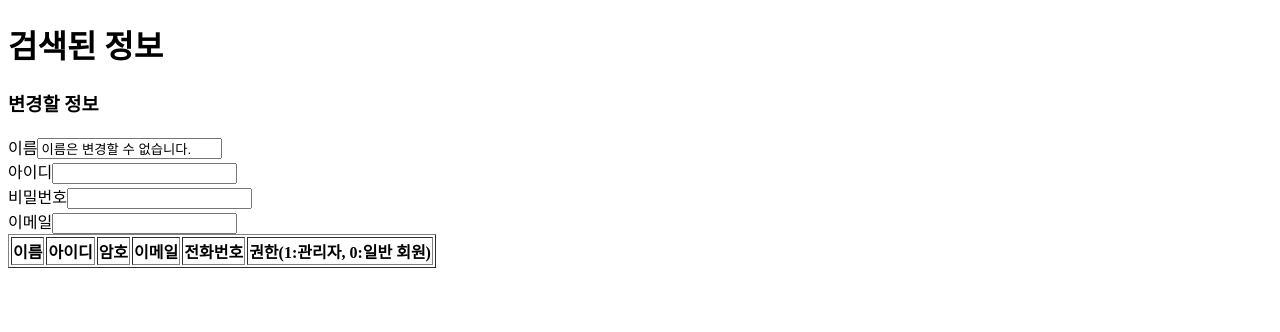
Repository: shinymusket/ideal-memory2
Page: http://localhost/web08/nameInfo.jsp
The author's editor kept a copy of each file at every save. The page is drawn from the files as they stood at one save, then again after the next save.
The browser window is 1280 px wide. The pictures show the whole page.
The page is served by Tomcat 9. Queries for data that is not in the repository find no rows.

Above is the page before, as saved 2022-06-13 05:11:22.

After the next save:
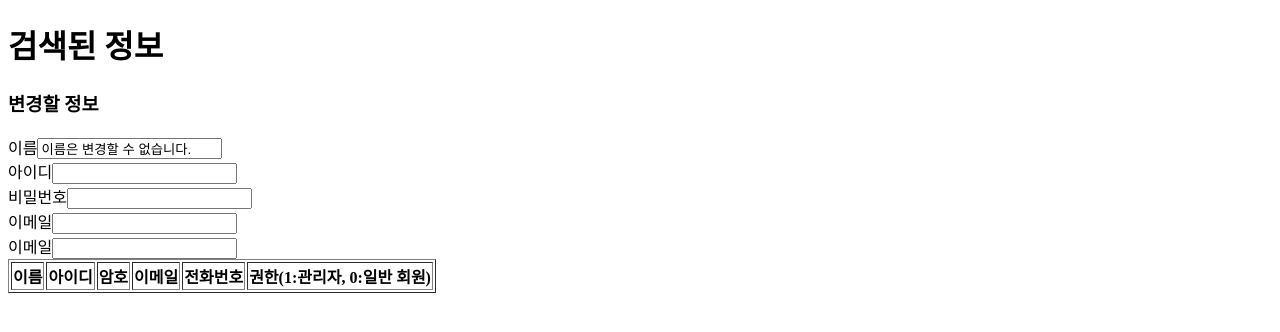
Saved 26 s later.
--- a/jspWorkSpace/web08/WebContent/nameInfo.jsp
+++ b/jspWorkSpace/web08/WebContent/nameInfo.jsp
@@ -90,7 +90,8 @@
 	<input type="password" id="aPwd" name="aPwd"><br>
 	<label for="aEmail">이메일</label>
 	<input type="email" id="aEmail" name="aEmail"><br>
-
+	<label for="aEmail">이메일</label>
+	<input type="email" id="aEmail" name="aEmail"><br>
 </form>
 
 </body>
